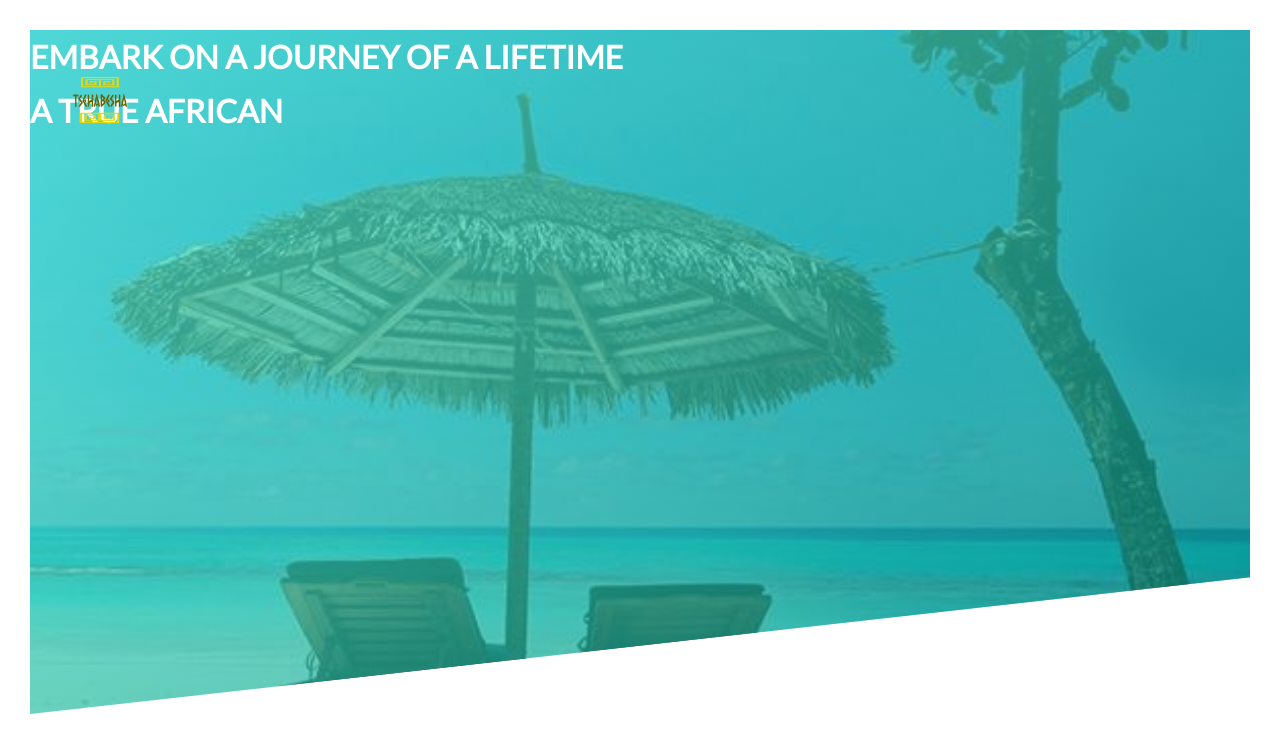
Repository: Azariagmt/tour-and-travel
Page: index.html
An editor plug-in stored every save of this project. The page is shown before and after a run of saves, followed by the edit.
The browser window is 1280 px wide. The pictures show the whole page.

Above is the page before, as saved 2020-03-24 16:59:02.

### index.html
<!DOCTYPE html>
<!--[if lt IE 7]>      <html class="no-js lt-ie9 lt-ie8 lt-ie7"> <![endif]-->
<!--[if IE 7]>         <html class="no-js lt-ie9 lt-ie8"> <![endif]-->
<!--[if IE 8]>         <html class="no-js lt-ie9"> <![endif]-->
<!--[if gt IE 8]><!--> <html class="no-js"> <!--<![endif]-->
    <head>
        <meta charset="utf-8">
        <meta http-equiv="X-UA-Compatible" content="IE=edge">
        <title></title>
        <meta name="description" content="">
        <meta name="viewport" content="width=device-width, initial-scale=1">
        <link href="https://fonts.googleapis.com/css?family=Lato&display=swap" rel="stylesheet">
        <link rel="stylesheet" href="css/style.css">
    </head>
    <body>
        <!--[if lt IE 7]>
            <p class="browsehappy">You are using an <strong>outdated</strong> browser. Please <a href="#">upgrade your browser</a> to improve your experience.</p>
        <![endif]-->
        <header class="header">
            <div class="logo-box">
                <img src="img/tsehabesha-logo.png" alt="Logo" class="logo">
            </div>
            <h1 class="heading-primary">
                <span class="heading-primary-main">
                    embark on a journey of a lifetime
                </span>
                <span class="heading-primary-sub">
                    a true african
                </span>
            </h1>
        </header>
        <script src="" async defer></script>
    </body>
</html>

### css/style.css
* {
  margin: 0;
  padding: 0;
  box-sizing: border-box;
}

body {
  font-family: "Lato", sans-serif;
  font-weight: 400;
  font-size: 16px;
  line-height: 1.7;
  color: #777777;
  padding: 30px;
}

.header {
  height: 95vh;
  background-image: linear-gradient(to right bottom, #64ffdbb9, #00897bb9),
    url(../img/2.jpg);
  background-size: cover;
  background-position: top;
  clip-path: polygon(0 0, 100% 0, 100% 80%, 0% 100%);
  position: relative;
}

.logo-box {
  position: absolute;
  top: 40px;
  left: 40px;
}

.logo {
  height:60px;
}

.heading-primary{
    color:white;
    text-transform: uppercase;
}

.heading-primary-main{
  display: block;
  font-size
}

.heading-primary-sub{
  display: block;
}

After the next 2 saves:
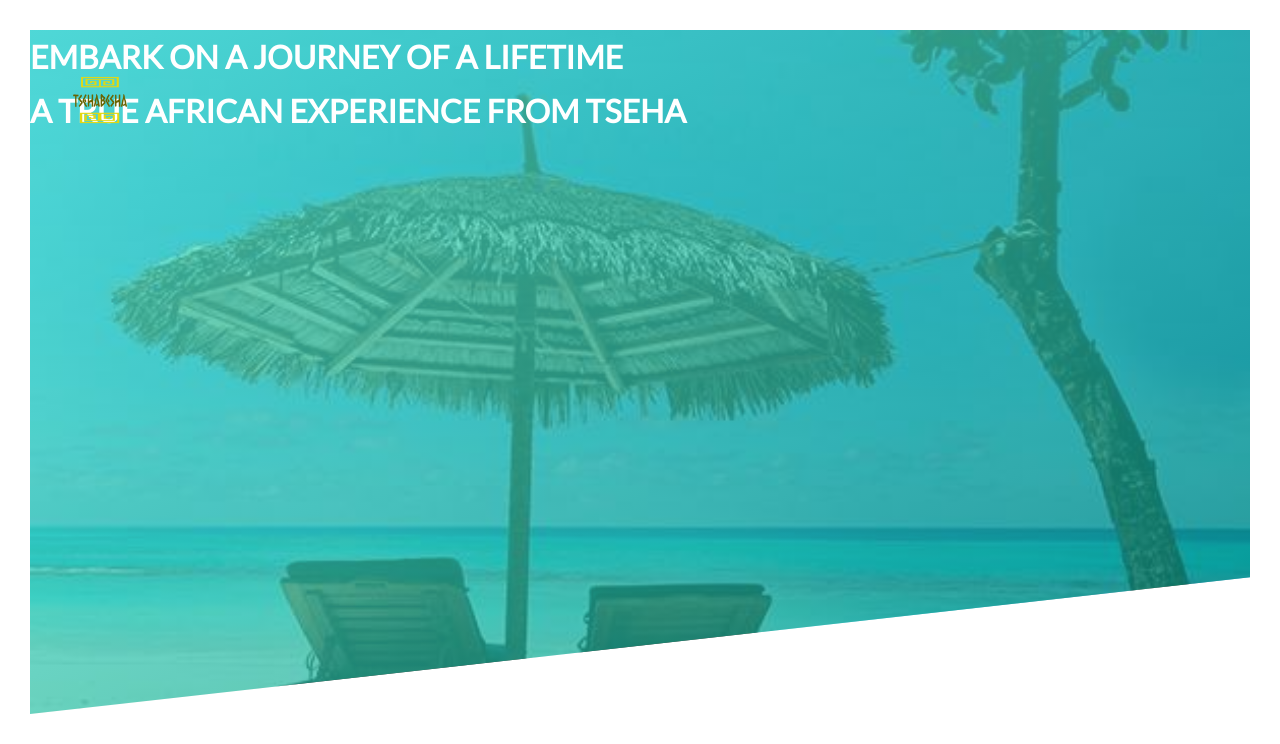
The 2 saves are shown as one change because they came seconds apart.
The last was saved 8 s later.
--- a/index.html
+++ b/index.html
@@ -25,7 +25,7 @@
                     embark on a journey of a lifetime
                 </span>
                 <span class="heading-primary-sub">
-                    a true african
+                    a true african experience from tseha
                 </span>
             </h1>
         </header>
